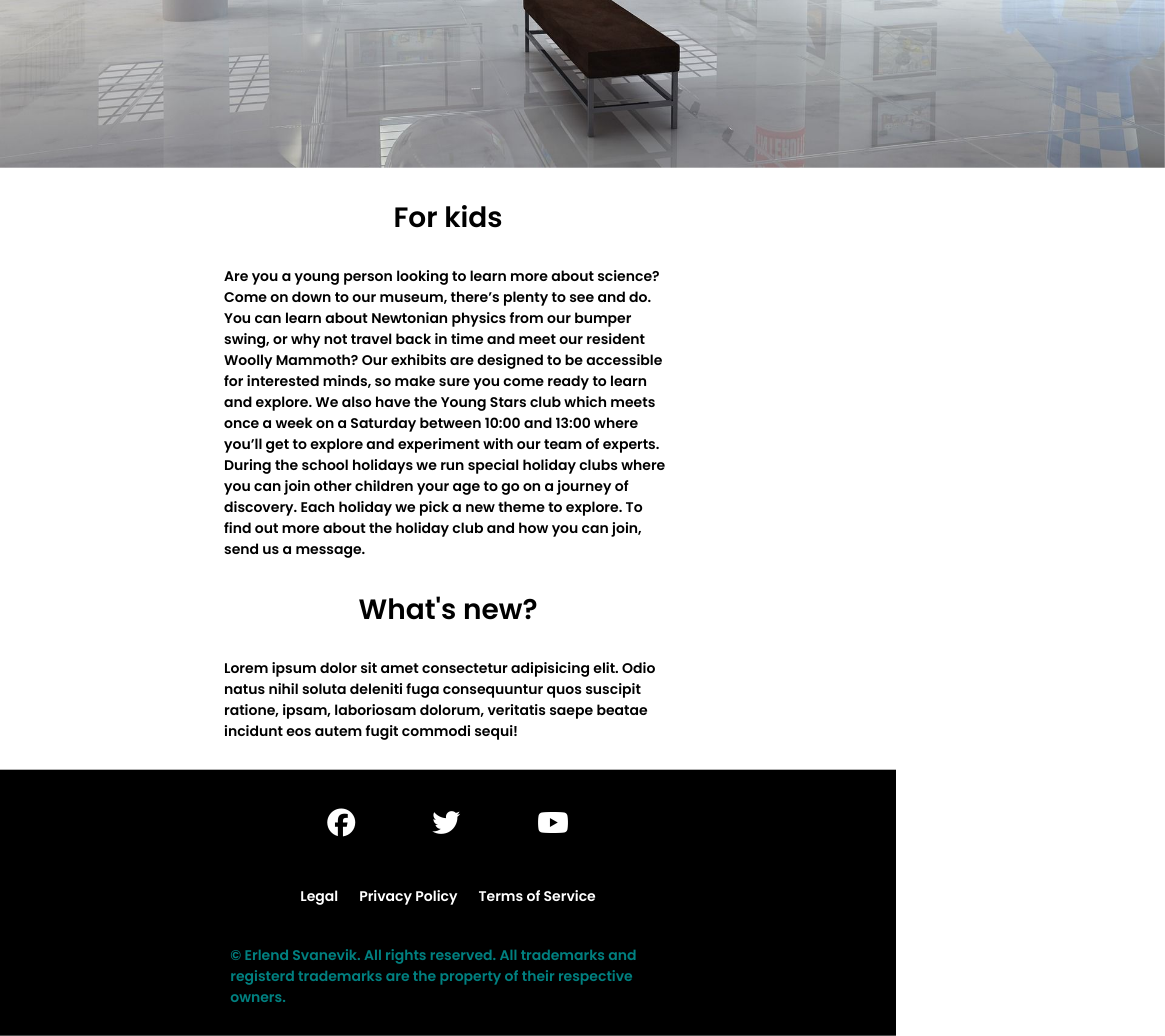
Repository: EpleWasTaken/Semester-Project
Page: index.html
These files come from the project's save history. The page is drawn as it stood at one moment and after the next save; the edit follows.
The browser window is 1280 px wide. The page is 1664 px wide, so the pictures cover 1664 px, including what lies to the right of the window. The pictures show the part of the page from y = 1041 to 2521 px (the page is 2521 px tall before and 2506 px after), at 70% of full size.
Some web libraries are served in a nearby version.

Above is the page before, as saved 2020-12-04 12:24:45.

After the next save:
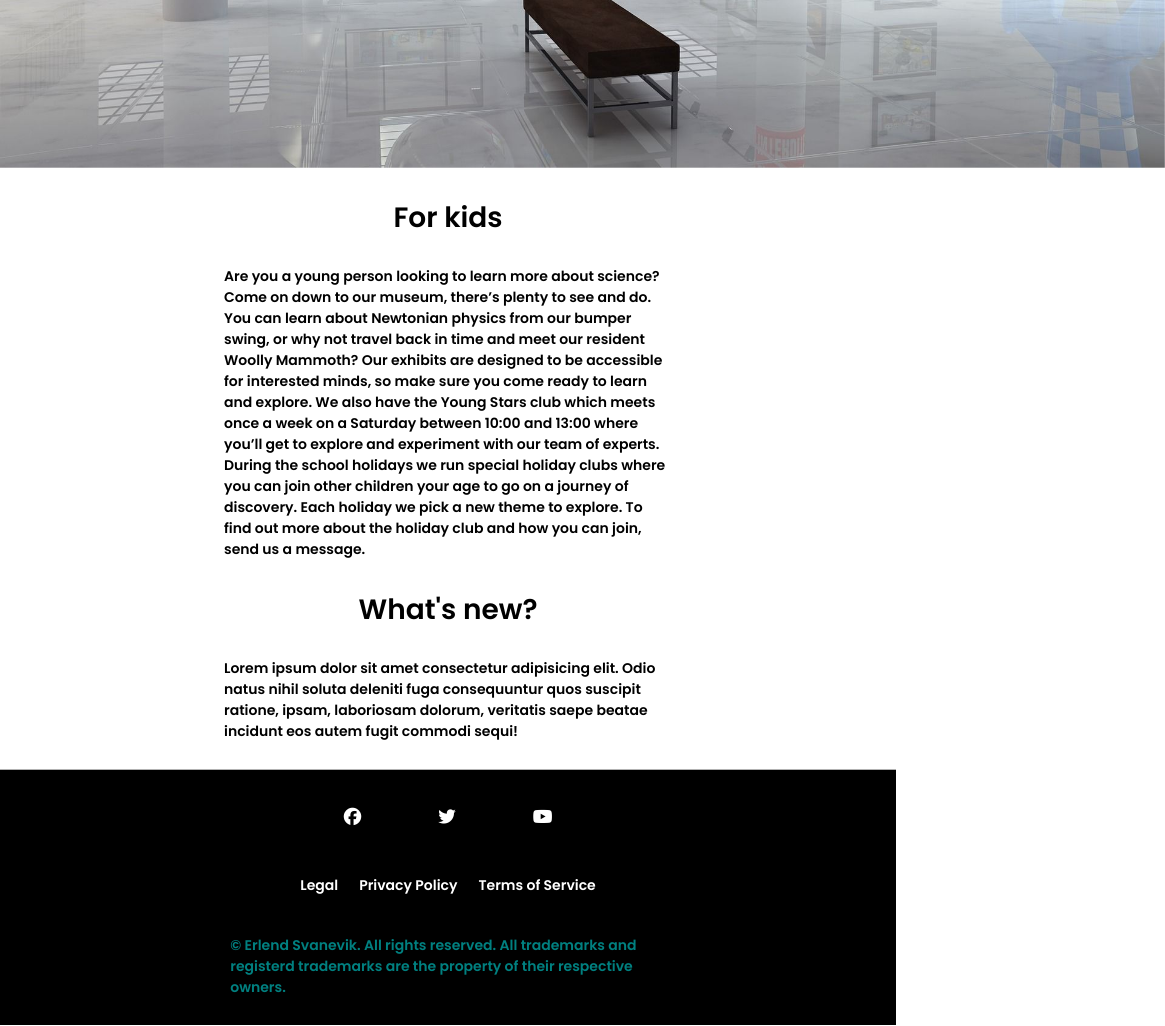
Saved 6 min 5 s later.
--- a/css/styles.css
+++ b/css/styles.css
@@ -61,7 +61,7 @@ ul a {
 	list-style-type: none;
 	color: white;
 	margin: 40px;
-	font-size: 40px;
+	font-size: 25px;
 	font-weight: 600;
 	align-items: center;
 }
